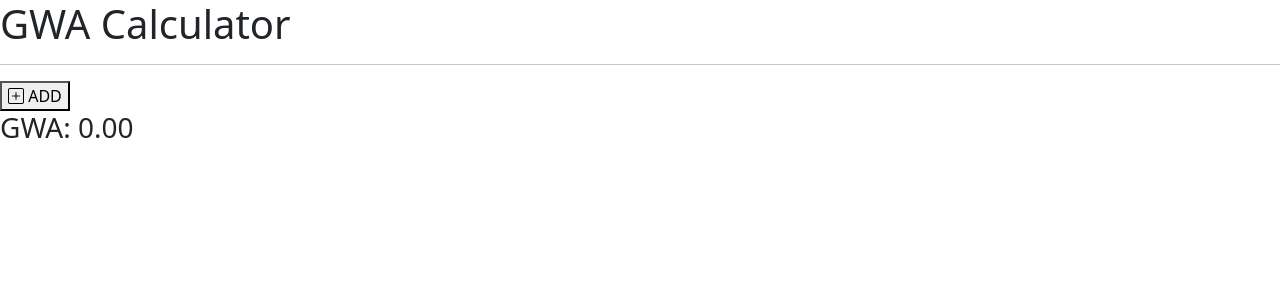
Repository: yonora/GWACalculator
Page: index.html
The author's editor kept a copy of each file at every save. The page is drawn from the files as they stood at one save, then again after the next save.
The browser window is 1280 px wide. The pictures show the whole page.
Empty fields were first filled with sample values (such as "Sample", 5 or name@example.com).
After loading, the first visible `button.remove` was clicked once.

Above is the page before, as saved 2025-01-08 00:33:52.

### index.html
<!DOCTYPE html>
<html lang="en">
<head>
    <meta charset="UTF-8">
    <meta name="viewport" content="width=device-width, initial-scale=1.0">
    <link rel="stylesheet" href="https://cdn.jsdelivr.net/npm/bootstrap@5.3.3/dist/css/bootstrap.min.css">
    <link rel="stylesheet" href="https://cdn.jsdelivr.net/npm/bootstrap-icons@1.11.3/font/bootstrap-icons.min.css">
    <script src="js.js"></script>
    <title>GWA Calculator</title>
</head>
<body>
    <h1>GWA Calculator</h1>
    <hr>
    <button class="col-auto add" onclick="add()"><i class="bi bi-plus-square"></i> ADD</button>
    <div class="container" id="container">
        <div class="row grade-container" data-index="1">
            <div class="col-auto">
                <label class="col-form-label-sm">UNITS</label>
                <input type="number" class="col-form-control units"  min="1" oninput="getGWA()">
            </div>
            <div class="col-auto">
                <label class="col-form-label-sm">GRADES</label>
                <input type="text" class="col-form-control grades" oninput="getGWA()">
            </div>
            <button class="col-auto remove" onclick="remove(1)"><i class="bi bi-x"></i></button>
        </div>
    </div>
    <h3>GWA: <span id="gwa">0.00</span></h3>
</body>
</html>

### js.js
function add(){
    const container = document.getElementById('container');
    var rows = document.querySelectorAll('.grade-container');
    const lastRow = rows[rows.length - 1];
    var lastIndex = parseFloat(lastRow.dataset.index);
    lastIndex++;
    container.insertAdjacentHTML(
        'beforeend',
        `<div class=" row grade-container" data-index=${lastIndex}>
            <div class="col-auto">
                <label class="col-form-label-sm">UNITS</label>
                <input type="number" class="col-form-control units" min="1" oninput="getGWA()">
                <!--<input type="number" class="col-form-control units" min="1"> -->
            </div>
            <div class="col-auto">
                <label class="col-form-label-sm">GRADES</label>
                <input type="text" class="col-form-control grades" oninput="getGWA()">
                <!--<input type="text" class="col-form-control grades"> -->
            </div>
            <button class="col-auto remove" onclick="remove(${lastIndex})"><i class="bi bi-x"></i></button>
        </div>`
    );
}

function remove(id){
    const rows = document.querySelectorAll('.grade-container');
    if(rows.length == 0){
        const button = querySelector('.remove');
        button.disabled = 'true';
    } else {
        for(let i=0; i < rows.length; i++){
            let row = rows[i];
            if(row.dataset.index == id){
                console.log('true');
                row.remove();
                getGWA();
            }
        }
    }
}

function getUnits(units, grades){
    var totalUnits = 0;

    for(let i=0; i<units.length; i++){
        const unit = parseFloat(units[i].value);
        const grade = parseFloat(grades[i].value);
        if (grade > 0){
            totalUnits += unit;
        }
    }
    return totalUnits;
}


function getGWA(){
    const grades = document.querySelectorAll('.grades');
    const units = document.querySelectorAll('.units');
    const totalUnits = getUnits(units, grades);
    var gwa = 0.00;

    for(let i=0; i<grades.length; i++){
        let unit = parseFloat(units[i].value) || 0;
        let grade = parseFloat(grades[i].value) || 0;
        if(grade > 0) {
            gwa += (grade * unit) / totalUnits;
            document.getElementById('gwa').innerHTML = gwa.toFixed(2);
        }

    }
}

After the next save:
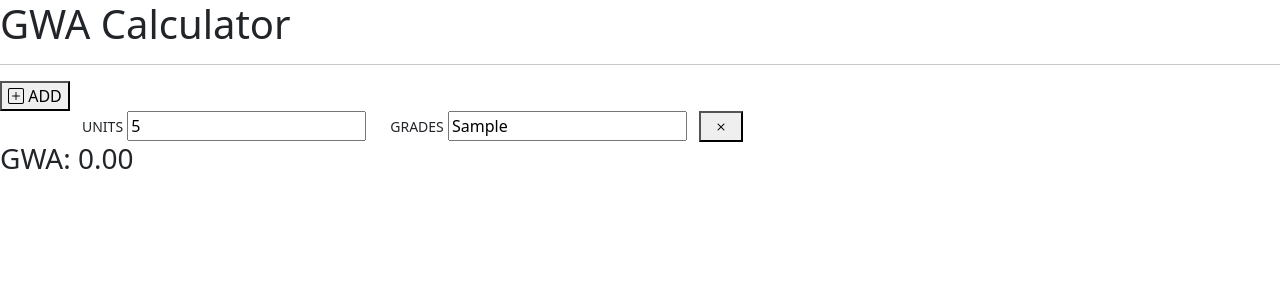
Console error: ReferenceError: querySelector is not defined
Saved 38 s later.
--- a/js.js
+++ b/js.js
@@ -24,7 +24,7 @@
 
 function remove(id){
     const rows = document.querySelectorAll('.grade-container');
-    if(rows.length == 0){
+    if(rows.length == 1){
         const button = querySelector('.remove');
         button.disabled = 'true';
     } else {

After the save that followed:
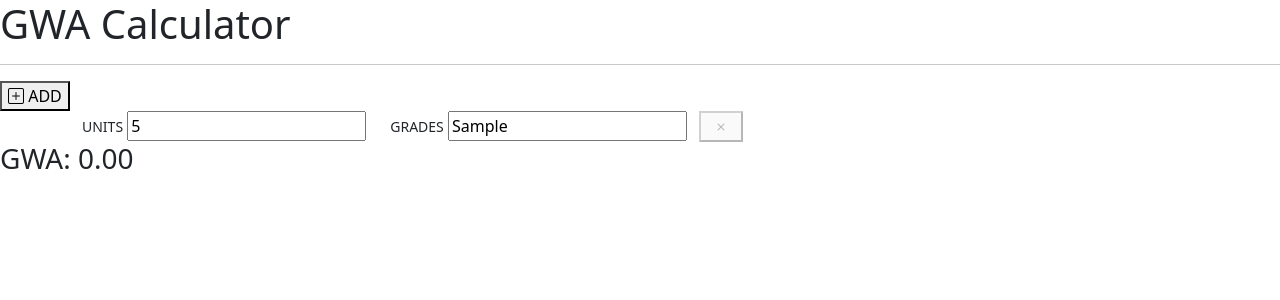
The error is gone.
Saved 18 s later.
--- a/js.js
+++ b/js.js
@@ -25,7 +25,7 @@
 function remove(id){
     const rows = document.querySelectorAll('.grade-container');
     if(rows.length == 1){
-        const button = querySelector('.remove');
+        const button = document.querySelector('.remove');
         button.disabled = 'true';
     } else {
         for(let i=0; i < rows.length; i++){
